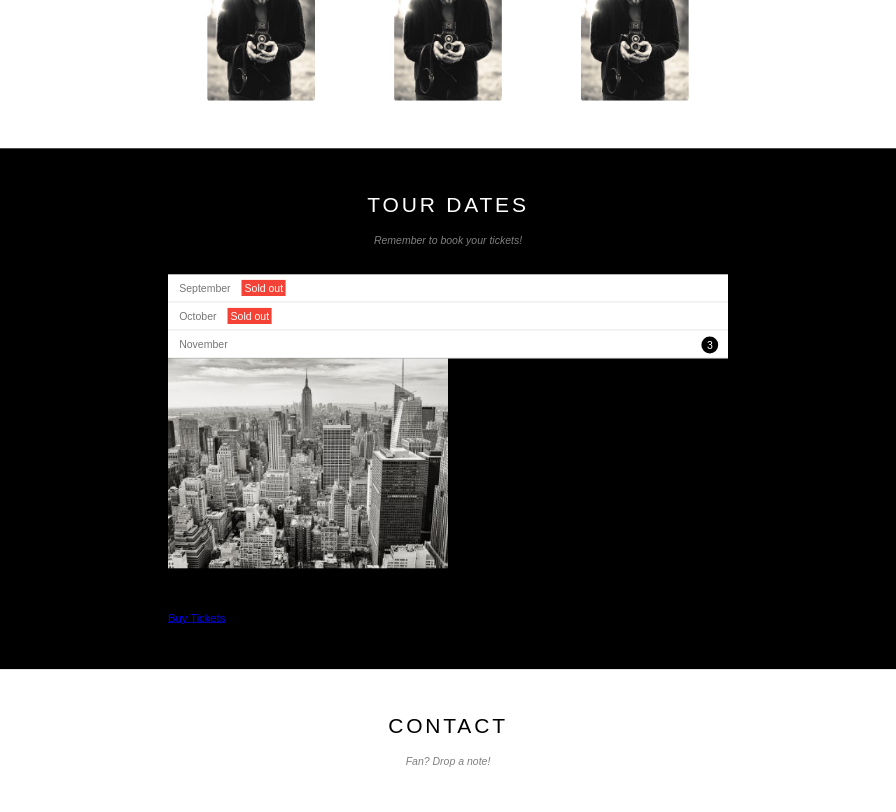
Repository: ducvui2003/LTCB
Page: index.html
These files come from the project's save history. The page is drawn as it stood at one moment and after the next save; the edit follows.
The browser window is 1280 px wide. The pictures show the part of the page from y = 1067 to 2987 px (the page is 2227 px tall before and 2987 px after), at 70% of full size.

Above is the page before, as saved 2022-01-10 10:08:56.

After the next save:
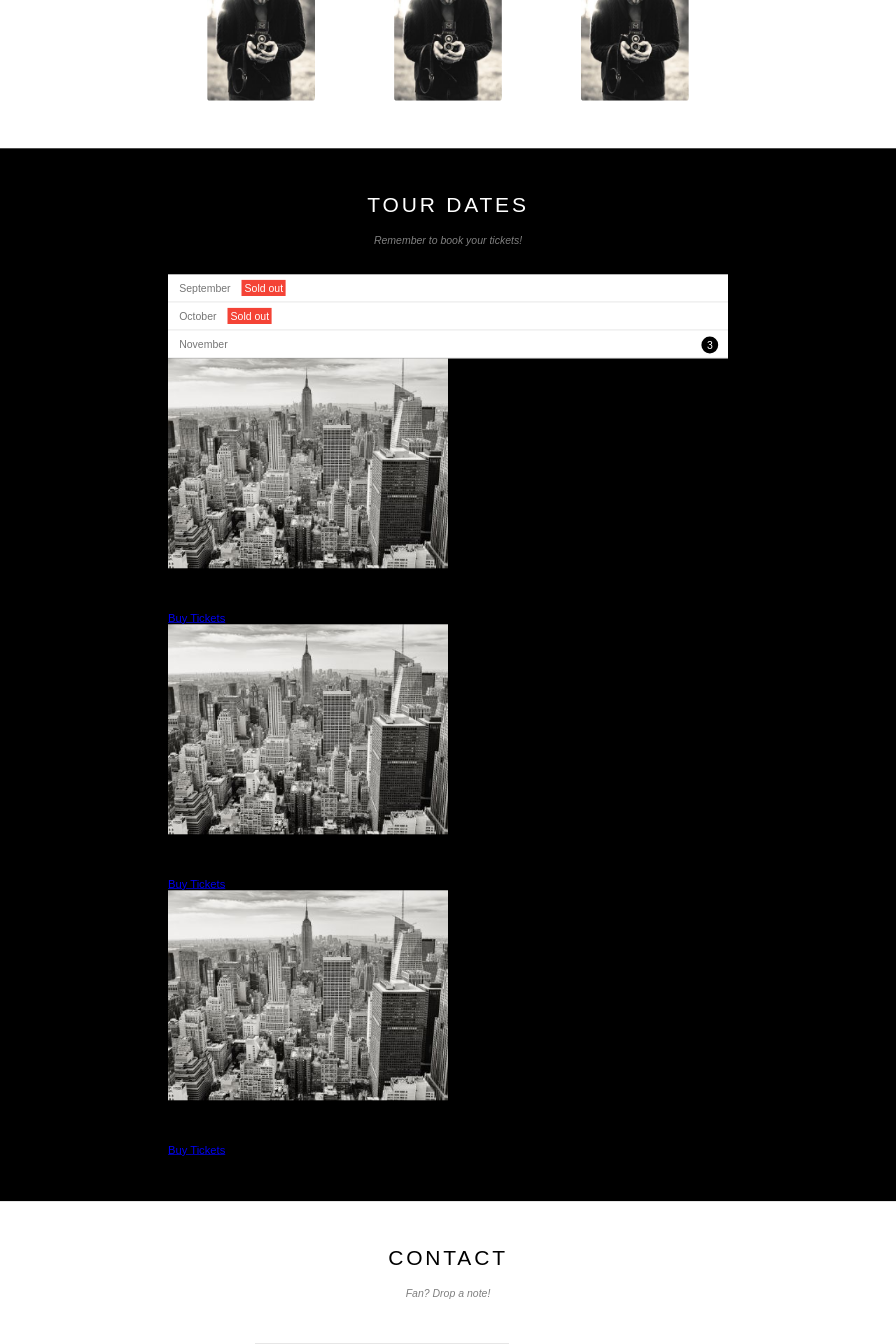
Saved 59 s later.
--- a/index.html
+++ b/index.html
@@ -114,6 +114,27 @@
 
                     <!-- Places -->
                     <div class="place-list">
+                        <!-- Place 1 -->
+                        <div class="place-ticket">
+                            <img src="./assest/Img/Places/place1.jpg" alt="New York" class="place-img">
+                            <div class="place-body">
+                                <h3 class="place-heading">New York</h3>
+                                <p class="place-time">Fri 27 Nov 2016</p>
+                                <p class="place-desc">Praesent tincidunt sed tellus ut rutrum sed vitae justo.</p>
+                                <a href="#" class="buy-ticket">Buy Tickets</a>
+                            </div>
+                        </div>
+                        <!-- Place 2 -->
+                        <div class="place-ticket">
+                            <img src="./assest/Img/Places/place1.jpg" alt="New York" class="place-img">
+                            <div class="place-body">
+                                <h3 class="place-heading">New York</h3>
+                                <p class="place-time">Fri 27 Nov 2016</p>
+                                <p class="place-desc">Praesent tincidunt sed tellus ut rutrum sed vitae justo.</p>
+                                <a href="#" class="buy-ticket">Buy Tickets</a>
+                            </div>
+                        </div>
+                        <!-- Place 3 -->
                         <div class="place-ticket">
                             <img src="./assest/Img/Places/place1.jpg" alt="New York" class="place-img">
                             <div class="place-body">
